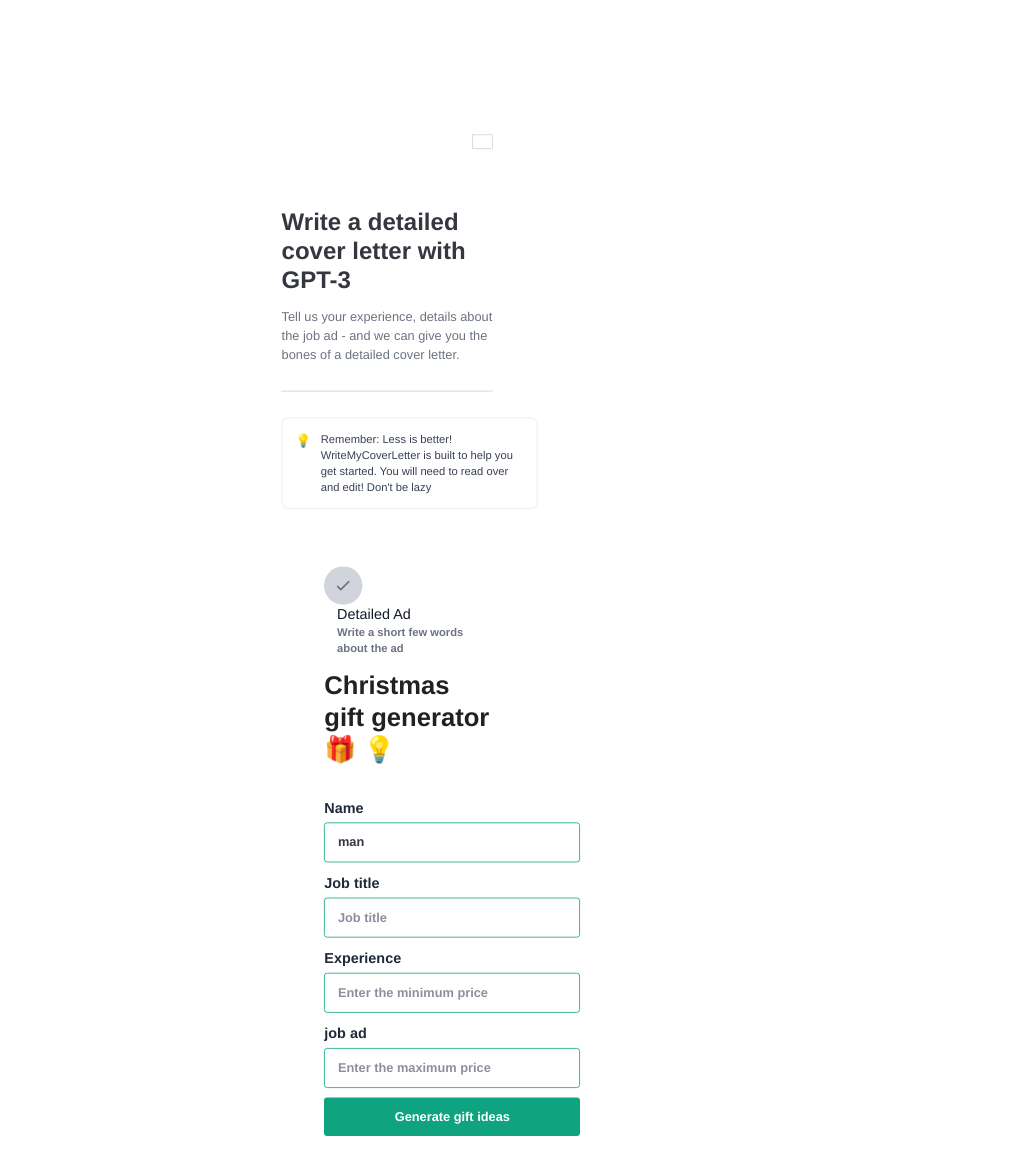
Repository: hamza-mastar/chatgpt-jpbad
Page: /
These files come from the project's save history. The page is drawn as it stood at one moment and after the next save; the edit follows.
The browser window is 1280 px wide. The pictures show the whole page, at 80% of full size.
Some web fonts or font styles are not loaded; a fallback is used. The project was rebuilt for these pictures with package versions that can differ from the ones it lists, and the page was loaded fresh each time. The framework's server and built-in components were replaced by stand-ins that run in the browser.

Above is the page before, as saved 2023-01-30 03:49:04.

### pages/_app.js
import 'tailwindcss/tailwind.css'

import '../styles/globals.css'

export default function MyApp({ Component, pageProps }) {
  return <Component {...pageProps} />
}

### pages/index.js
import Head from 'next/head';
import React from 'react';
import { useState } from 'react';

import styles from './index.module.css';


// import './gifts.css'




export default function Home() {
  const [name, setName] = useState('man');
  const [job_title, setJob_title] = useState("");
  const [experience, setExperience] = useState("");
  const [job_ad, setJob_ad] = useState("");

  const [loading, setLoading] = useState(false);

  const [result, setResult] = useState('');

  async function onSubmit(event) {
    event.preventDefault();
    if (loading) {
      return;
    }
    setLoading(true);
    setResult('hamza');
    const response = await fetch('/api/generate-gifts', {
      method: 'POST',
      headers: {
        'Content-Type': 'application/json',
      },
      body: JSON.stringify({ name, job_title, experience, job_ad}),
    });
    const data = await response.json();
    setResult(data.result.replaceAll('\n', '<br />'));
    setLoading(false);
  }


  return (
    <>



    <div>

      <Head>
        <title>OpenAI Quickstart</title>
        <link rel="icon" href="/dog.png" />
      </Head>

      <main className={styles.main}>
      <div class=" flex relative sm:flex-col md:flex-col">
            <div class="   w-full lg:w-1/2 relative  ">
                    <div class="  h-full px-5 sm:px-6 bg-white" >
                        <div class="h-full w-full max-w-xl mx-auto flex flex-col after:mt-auto after:flex-1">
                            <header class= "sm:flex-1 mt-10 flex mb-auto sm:py-10 pt-6 items-center sm:justify-between flex-col sm:flex-row">
                                <div class="flex items-center justify-between h-24 md:h-20">
                                    <a aria-current="page" href="/" class="router-link-active router-link-exact-active block group" aria-label="Write My PRD">
                                    {/* <img className="youlogo" src={logo} alt="Your Logo" /> */}
                                    </a>

                                </div>
                                <div class="my-6 sm:m-0">
                                    <span class="isolate inline-flex rounded-md shadow-sm">



                                        <button type="button" class="relative -ml-px inline-flex items-center border border-gray-300 bg-white px-3 py-2 text-sm font-medium text-gray-700 hover:bg-gray-50"></button>
                                    </span>
                                </div>
                            </header>

                            {/* <!-----------2-4-1--------> */}
                            <div class="flex-1 ">
                                {/* <!-----------2-4-1-1-------> */}

                                <div class="mb-4">
                                    {/* <!-----------2-4-1-1-1------> */}
                                    <h1 class="tex-0-w text-3xl font-bold font-inter mb-2">Write a detailed cover letter with GPT-3</h1>
                                    <div class="text-gray-500 mt-4 mb-6"> Tell us your experience, details about the job ad - and we can give you the bones of a detailed cover letter. </div>

                                    <div class="divide-y divide-gray-200 my-8 relative border"></div>
                                </div>
                                {/* <!-----------2-4-1-2-------> */}
                                <form class="mb-12 relative">
                                    {/* <!-----------2-4-1-2-1------> */}

                                    <div class="rounded-lg bg-white border p-4">
                                        <div class="flex">
                                            <div class="flex-shrink-0">💡</div>
                                            <div class="ml-3 flex-1 md:flex md:justify-between">
                                                <p class="text-sm text-gray-700 font-medium"> Remember: Less is better! WriteMyCoverLetter is built to help you get started. You will need to read over and edit! Don't be lazy </p>
                                            </div>
                                        </div>
                                    </div>
                                    {/* <!-----------2-4-1-2-2------> */}

                                </form>
                        </div>
                    </div>
                </div>
            </div>
                {/* <!-----------2-1-1---------> */}

        </div>
        <div>
        <div className="bg-white flex relative sm:flex-col md:flex-col">
            <div className="  min-h-screen  lg:w-1/2 relative">
                <div className="  h-full px-5 sm:px-6">
                    <div className=" max-w-xl mx-auto flex flex-col after:mt-auto after:flex-1">
                        <div className="py-6 ">
                            <div className="text-lg font-bold text-gray-800 mb-5">
                                <div className="text-pink-500">
                                    <div className=" flex-shrink-0 inline-flex items-center justify-center md:h-12 md:w-12 h-6 w-6 rounded-full bg-gray-300 sm:mx-0 sm:h-10 sm:w-10  bg-gray-300 ">
                                        <svg xmlns="http://www.w3.org/2000/svg" fill="none" viewBox="0 0 24 24" stroke-width="2" stroke="currentColor" aria-hidden="true" className="  h-3 w-3 md:h-6 md:w-6 text-gray-500 text-gray-500"><path stroke-linecap="round" stroke-linejoin="round" d="M5 13l4 4L19 7"></path></svg>
                                    </div>
                                    <div className="mt-0 ml-4 text-left">
                                        <div as="h3" className="text-lg leading-6 font-medium text-gray-900">Detailed Ad</div>
                                        <p className="text-sm text-gray-500">Write a short few words about the ad</p>
                                    </div>
                                </div>
                                <div className="mt-4">
        <h3  >Christmas gift generator 🎁 💡</h3>
        <form  onSubmit={onSubmit}>
          <label>Name</label>
          <input
            type="text"
            name="name"
            placeholder="Enter the Name"
            value={name}
            onChange={(e) => setName(e.target.value)}
          />


          <label>Job title</label>
          <input
            type="text"
            name="job_title"
            placeholder="Job title"
            value={job_title}
            onChange={(e) => setJob_title(e.target.value)}
          />

          <label>Experience </label>
          <input
            type="text"
            name="experience"
            placeholder="Enter the minimum price"
            value={experience}
            onChange={(e) => setExperience(e.target.value)}
          />

          <label> job ad</label>
          <input
            type="text"
            name="job_ad"
            placeholder="Enter the maximum price"
            value={job_ad}
            onChange={(e) => setJob_ad(e.target.value)}
          />



          <input type="submit" value="Generate gift ideas" />
        </form>
        </div>
          </div>
          </div>
          </div>
          </div>
          </div>
          </div>
          </div>



        {loading && (
          <div>
            <h3>Looking for the best gift ideas 🎁 💡</h3>
            <img src="/loading.gif" className={styles.loading} />
          </div>



        )}






        <div
          className={styles.result}
          dangerouslySetInnerHTML={{ __html: result }}


        />













      </main>
      </div>



    </>
  );
}
// Name Job_title Experience job_ad

### pages/index.module.css


@font-face {
  font-family: "ColfaxAI";
  src: url(https://cdn.openai.com/API/fonts/ColfaxAIRegular.woff2)
      format("woff2"),
    url(https://cdn.openai.com/API/fonts/ColfaxAIRegular.woff) format("woff");
  font-weight: normal;
  font-style: normal;
}
@font-face {
  font-family: "ColfaxAI";
  src: url(https://cdn.openai.com/API/fonts/ColfaxAIBold.woff2) format("woff2"),
    url(https://cdn.openai.com/API/fonts/ColfaxAIBold.woff) format("woff");
  font-weight: bold;
  font-style: normal;
}
.main,
.main input {
  font-size: 16px;
  line-height: 24px;
  color: #353740;
  font-family: "ColfaxAI", Helvetica, sans-serif;
}
.main {
  display: flex;
  flex-direction: column;
  align-items: center;
  padding-top: 60px;
}
.main .icon {
  width: 34px;
}
.main h3 {
  font-size: 32px;
  line-height: 40px;
  font-weight: bold;
  color: #202123;
  margin: 16px 0 40px;
}
.main form {
  display: flex;
  flex-direction: column;
  width: 320px;
}
.main input[type="text"] {
  padding: 12px 16px;
  border: 1px solid #10a37f;
  border-radius: 4px;
  margin-bottom: 24px;
  outline-color: #10a37f;
}
.main ::placeholder {
  color: #8e8ea0;
  opacity: 1;
}
.main input[type="submit"] {
  padding: 12px 0;
  color: #fff;
  background-color: #10a37f;
  border: none;
  border-radius: 4px;
  text-align: center;
  cursor: pointer;
}
.main .result {
  padding: 100px;
  font-weight: bold;
  margin-top: 40px;
  position:absolute;
  display: flex;
  justify-content: end;
}

.main .loading {
  width: 50;
}

.main input[type="text"],
.main input[type="number"],
.main select {
  padding: 12px 16px;
  border: 1px solid #10a37f;
  border-radius: 4px;
  margin-bottom: 12px;
  margin-top: 4px;
}
.hamza {
  background-color: #10a37f;
}






.relative {
  position: relative;
}

Loaded but not shown: styles/globals.css (common file); tailwind.config.js (common file)

After the next save:
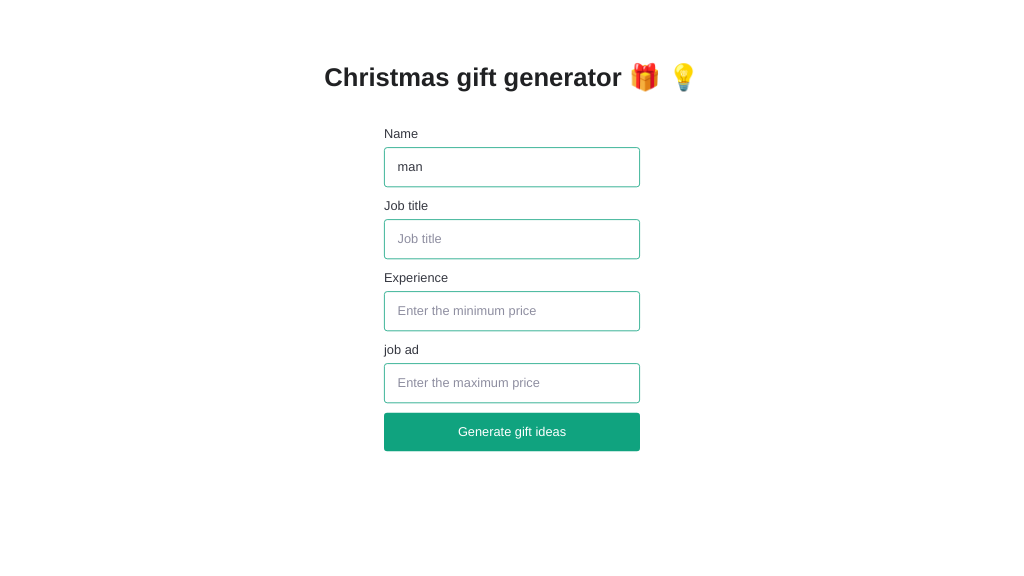
Saved 11 min 3 s later.
--- a/pages/index.js
+++ b/pages/index.js
@@ -45,7 +45,7 @@ export default function Home() {
 
 
 
-    <div>
+
 
       <Head>
         <title>OpenAI Quickstart</title>
@@ -53,77 +53,7 @@ export default function Home() {
       </Head>
 
       <main className={styles.main}>
-      <div class=" flex relative sm:flex-col md:flex-col">
-            <div class="   w-full lg:w-1/2 relative  ">
-                    <div class="  h-full px-5 sm:px-6 bg-white" >
-                        <div class="h-full w-full max-w-xl mx-auto flex flex-col after:mt-auto after:flex-1">
-                            <header class= "sm:flex-1 mt-10 flex mb-auto sm:py-10 pt-6 items-center sm:justify-between flex-col sm:flex-row">
-                                <div class="flex items-center justify-between h-24 md:h-20">
-                                    <a aria-current="page" href="/" class="router-link-active router-link-exact-active block group" aria-label="Write My PRD">
-                                    {/* <img className="youlogo" src={logo} alt="Your Logo" /> */}
-                                    </a>
 
-                                </div>
-                                <div class="my-6 sm:m-0">
-                                    <span class="isolate inline-flex rounded-md shadow-sm">
-
-
-
-                                        <button type="button" class="relative -ml-px inline-flex items-center border border-gray-300 bg-white px-3 py-2 text-sm font-medium text-gray-700 hover:bg-gray-50"></button>
-                                    </span>
-                                </div>
-                            </header>
-
-                            {/* <!-----------2-4-1--------> */}
-                            <div class="flex-1 ">
-                                {/* <!-----------2-4-1-1-------> */}
-
-                                <div class="mb-4">
-                                    {/* <!-----------2-4-1-1-1------> */}
-                                    <h1 class="tex-0-w text-3xl font-bold font-inter mb-2">Write a detailed cover letter with GPT-3</h1>
-                                    <div class="text-gray-500 mt-4 mb-6"> Tell us your experience, details about the job ad - and we can give you the bones of a detailed cover letter. </div>
-
-                                    <div class="divide-y divide-gray-200 my-8 relative border"></div>
-                                </div>
-                                {/* <!-----------2-4-1-2-------> */}
-                                <form class="mb-12 relative">
-                                    {/* <!-----------2-4-1-2-1------> */}
-
-                                    <div class="rounded-lg bg-white border p-4">
-                                        <div class="flex">
-                                            <div class="flex-shrink-0">💡</div>
-                                            <div class="ml-3 flex-1 md:flex md:justify-between">
-                                                <p class="text-sm text-gray-700 font-medium"> Remember: Less is better! WriteMyCoverLetter is built to help you get started. You will need to read over and edit! Don't be lazy </p>
-                                            </div>
-                                        </div>
-                                    </div>
-                                    {/* <!-----------2-4-1-2-2------> */}
-
-                                </form>
-                        </div>
-                    </div>
-                </div>
-            </div>
-                {/* <!-----------2-1-1---------> */}
-
-        </div>
-        <div>
-        <div className="bg-white flex relative sm:flex-col md:flex-col">
-            <div className="  min-h-screen  lg:w-1/2 relative">
-                <div className="  h-full px-5 sm:px-6">
-                    <div className=" max-w-xl mx-auto flex flex-col after:mt-auto after:flex-1">
-                        <div className="py-6 ">
-                            <div className="text-lg font-bold text-gray-800 mb-5">
-                                <div className="text-pink-500">
-                                    <div className=" flex-shrink-0 inline-flex items-center justify-center md:h-12 md:w-12 h-6 w-6 rounded-full bg-gray-300 sm:mx-0 sm:h-10 sm:w-10  bg-gray-300 ">
-                                        <svg xmlns="http://www.w3.org/2000/svg" fill="none" viewBox="0 0 24 24" stroke-width="2" stroke="currentColor" aria-hidden="true" className="  h-3 w-3 md:h-6 md:w-6 text-gray-500 text-gray-500"><path stroke-linecap="round" stroke-linejoin="round" d="M5 13l4 4L19 7"></path></svg>
-                                    </div>
-                                    <div className="mt-0 ml-4 text-left">
-                                        <div as="h3" className="text-lg leading-6 font-medium text-gray-900">Detailed Ad</div>
-                                        <p className="text-sm text-gray-500">Write a short few words about the ad</p>
-                                    </div>
-                                </div>
-                                <div className="mt-4">
         <h3  >Christmas gift generator 🎁 💡</h3>
         <form  onSubmit={onSubmit}>
           <label>Name</label>
@@ -167,14 +97,9 @@ export default function Home() {
 
           <input type="submit" value="Generate gift ideas" />
         </form>
-        </div>
-          </div>
-          </div>
-          </div>
-          </div>
-          </div>
-          </div>
-          </div>
+
+
+
 
 
 
@@ -200,20 +125,8 @@ export default function Home() {
 
         />
 
+      </main>
 
-
-
-
-
-
-
-
-
-
-
-
-      </main>
-      </div>
 
 
 
